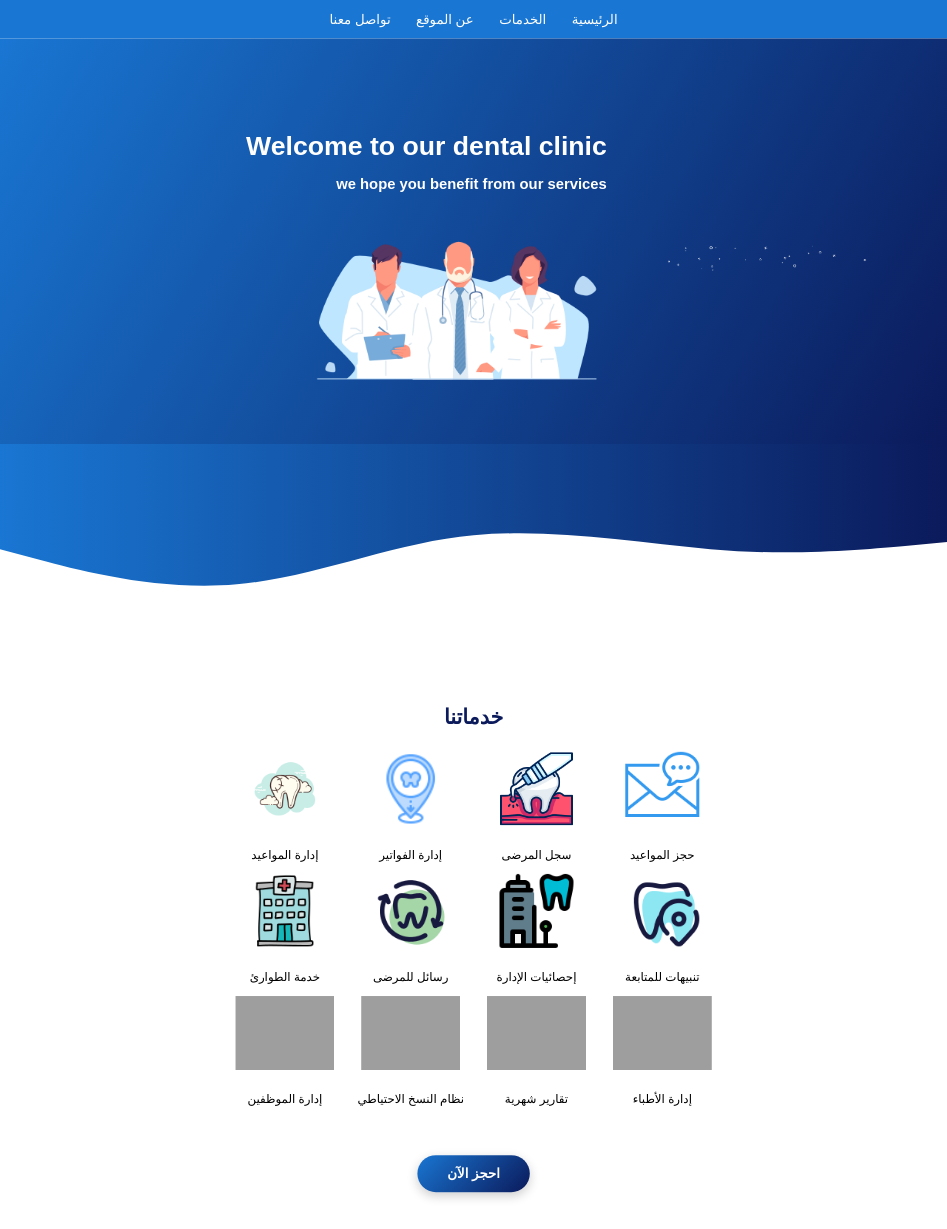
Repository: mysite4/s
Page: http://localhost/
An editor plug-in stored every save of this project. The page is shown before and after the next save, followed by the edit.
The browser window is 1280 px wide. The pictures show the whole page, at 74% of full size.
Pictures or frames that could not be fetched are drawn as grey boxes. Some web fonts or font styles are not loaded; a fallback is used. The page is served by the project's application, run on Django 5.2 (manage.py).

Above is the page before, as saved 2025-10-21 13:28:26.

After the next save:
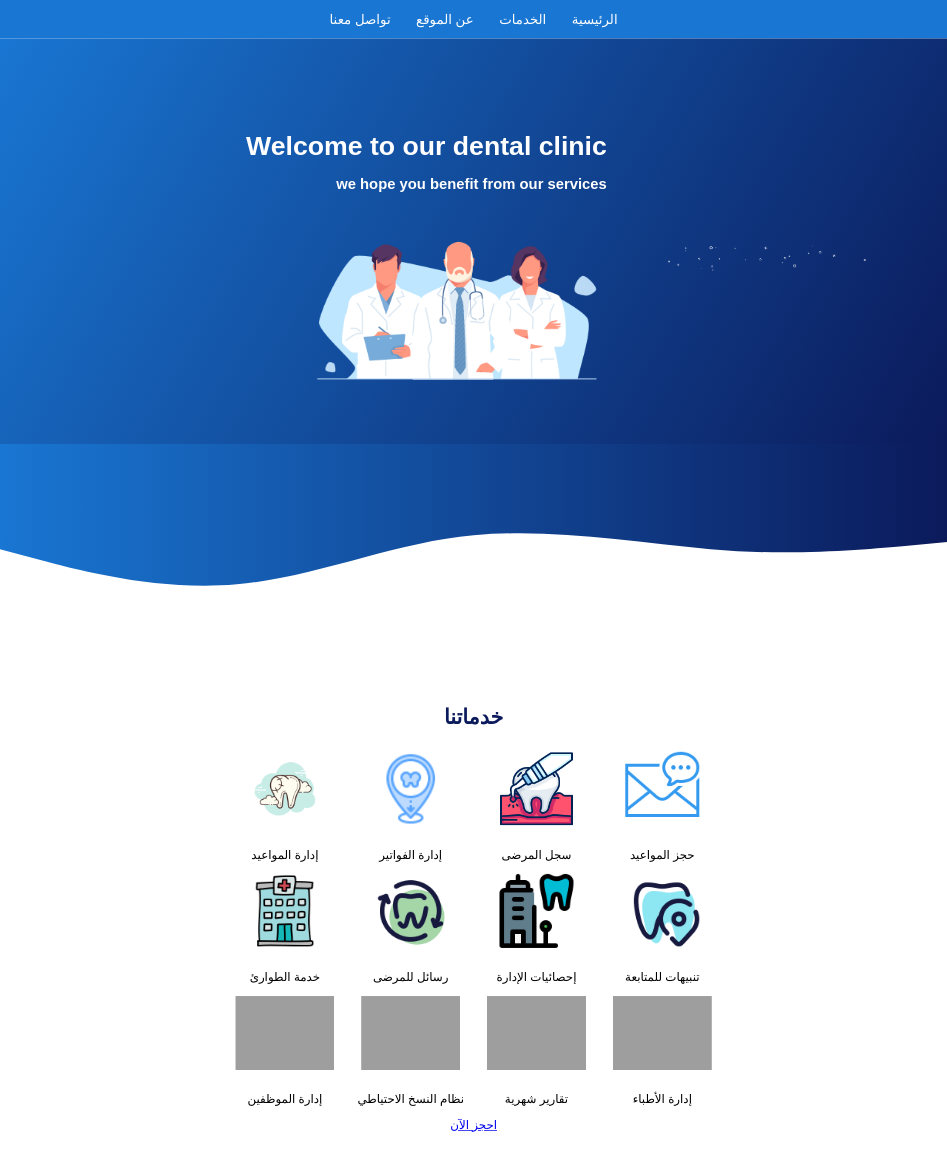
Saved 24 s later.
--- a/main/static/css/style.css
+++ b/main/static/css/style.css
@@ -119,25 +119,3 @@ header {
   transform: translateY(0);
   box-shadow: 0 5px 15px rgba(0,0,0,0.2);
 }
-/* زر الحجز */
-.booking-btn {
-  display: inline-block;
-  margin-top: 50px;
-  padding: 14px 40px;
-  background: linear-gradient(135deg, #1976d2, #0b1a5b);
-  color: #fff;
-  font-size: 18px;
-  border-radius: 30px;
-  text-decoration: none;
-  font-weight: 600;
-  box-shadow: 0 5px 15px rgba(0,0,0,0.2);
-  transition: all 0.3s ease;
-}
-.booking-btn:hover {
-  background: linear-gradient(135deg, #0b1a5b, #1976d2);
-  transform: translateY(-3px);
-  box-shadow: 0 8px 20px rgba(0,0,0,0.3);
-}
-.booking-btn:active {
-  transform: translateY(0);
-}
